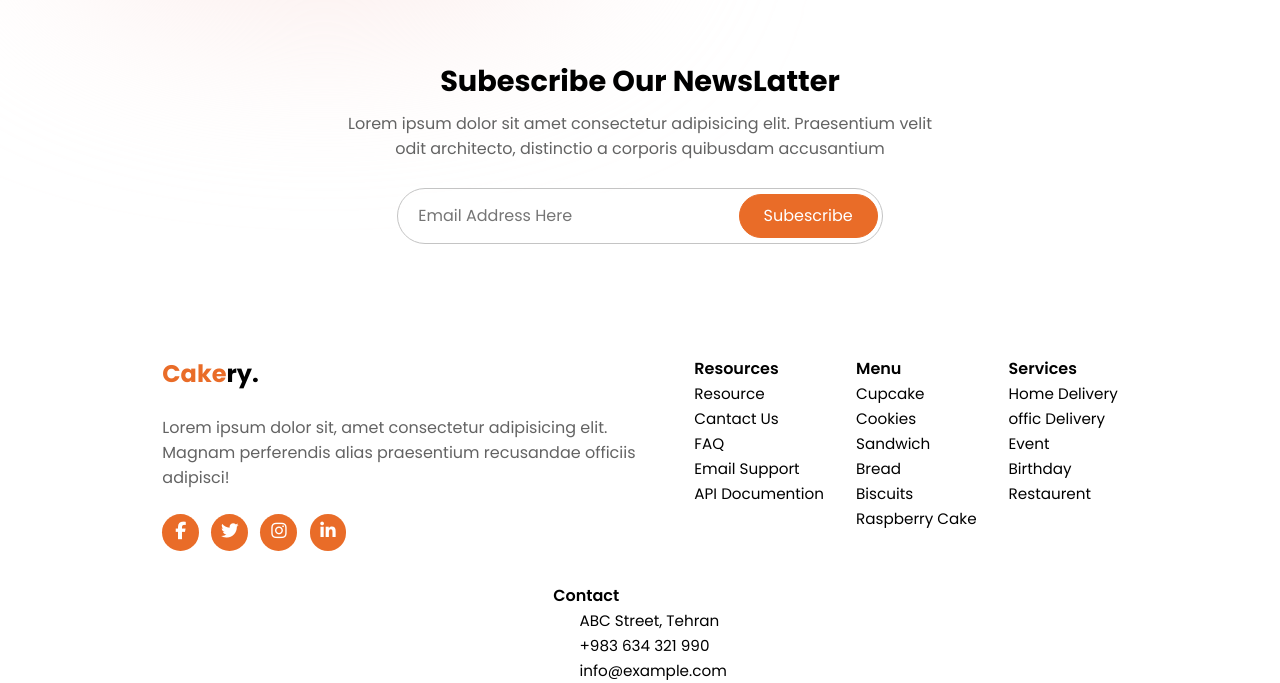
Repository: kingamirhosein100000-maker/cake.shop
Page: index.html
The author's editor kept a copy of each file at every save. The page is drawn from the files as they stood at one save, then again after the next save.
The browser window is 1280 px wide. The pictures show the part of the page from y = 4552 to 5235 px (the page is 5235 px tall).
A picture or video elsewhere on the page could not be fetched, so the positions and the page height are approximate. Some web libraries are served in a nearby version.

Above is the page before, as saved 2026-01-29 18:00:59.

### index.html
<!DOCTYPE html>
<html lang="en">

<head>
    <meta charset="UTF-8">
    <meta name="viewport" content="width=device-width, initial-scale=1.0">
    <title>Bakery Website</title>
    <link rel="stylesheet" href="style.css">
    <link rel="stylesheet" href="https://cdnjs.cloudflare.com/ajax/libs/font-awesome/7.0.1/css/all.min.css" integrity="sha512-2SwdPD6INVrV/lHTZbO2nodKhrnDdJK9/kg2XD1r9uGqPo1cUbujc+IYdlYdEErWNu69gVcYgdxlmVmzTWnetw==" crossorigin="anonymous" referrerpolicy="no-referrer"
    />
</head>

<body>
    <!-- Header Part -->
    <header>
        <nav class="navbar container">
            <div class="logo">
                <a class="logo-txt" href="#">
                        Cake<span>ry.</span>
                    </a>

            </div>
            <ul class="navlist">
                <li>
                    <a href="#" class="navlinks active">
                            Home
                        </a>
                </li>
                <li>
                    <a href="#" class="navlinks">
                            About
                        </a>
                </li>
                <li>
                    <a href="#" class="navlinks">
                            Menu
                        </a>
                </li>
                <li>
                    <a href="#" class="navlinks">
                            Restaurent
                        </a>
                </li>
                <li>
                    <a href="#" class="navlinks">
                            Order
                        </a>
                </li>
                <li>
                    <a href="#" class="navlinks">
                            Contact
                        </a>
                </li>

            </ul>
            <div class="nav-icons">
                <a href="#" class="icons-link">
                    <i class="fa-solid  fa-user"></i>
                </a>
                <a href="#" class="icons-link">
                    <i class="fa-solid fa-shopping-cart"></i>

                </a>
            </div>
            <div class="hamburger">
                <div class="burger"></div>
                <div class="burger"></div>
                <div class="burger"></div>
            </div>
        </nav>
    </header>
    <!-- Section Parts -->
    <main>

        <!-- /* hero-section */ -->

        <section class="hero-section container">
            <div class="content">
                <div class="whatch">
                    <a href="#" class="icons-link">
                        <i class="fa-solid fa-play"></i>
                    </a>
                    <h3>Watch Video</h3>
                </div>
                <h1>The Perfect Baked Cake Everyday!</h1>
                <p>Lorem ipsum dolor sit, amet consectetur adipisicing elit. Facere laborum quaerat beatae molestiae explicabo asperiores, fugit harum quibusdam sit nesciunt illo.</p>
                <div class="btn-continer">
                    <button>Read More</button>
                    <button data-type="borderd-btn">Order Now</button>
                </div>
            </div>
            <div class="img-conteiner">
                <img src="img/cake.png" alt="عکس کیک ">
            </div>
        </section>
        <!-- Store section -->
        <section class="other-section container">
            <div class="column-canteiner">
                <h2>Welcome To Our Store</h2>
                <p data-type="centerd-txt">Lorem ipsum dolor sit amet consectetur adipisicing elit. Necessitatibus sit earum porro at! Officia, repellat. Modi, tempore minima.</p>
                <div class="card-conteiner">
                    <div class="card" data-type="category">
                        <img src="img/pastery.png">
                        <h3>Cake</h3>
                    </div>
                    <div class="card" data-type="category">
                        <img src="img/sandwich.png">
                        <h3>Sandwich</h3>
                    </div>
                    <div class="card" data-type="category">
                        <img src="img/cookie.png">
                        <h3>Cookie</h3>
                    </div>
                    <div class="card" data-type="category">
                        <img src="img/bread.png">
                        <h3>Bread</h3>
                    </div>
                </div>
            </div>
            </div>
        </section>
        <!-- About section -->
        <section class="other-section container">
            <div class="row-container">
                <div class="image-container">
                    <img src="img/cupcake.jpg">
                </div>


                <div class="content">
                    <h2>About<br> Cakery Bakery</h2>
                    <p>Lorem ipsum dolor sit amet, consectetur adipisicing elit. Laboriosam, necessitatibus nisi nemo, libero molestiae quas quibusdam incidunt voluptate adipisci consequatur ducimus autem</p>
                    <p>Lorem ipsum dolor sit amet consectetur adipisicing elit. Amet quidem rerum maiores quae saepe</p>
                    <button>Read More</button>
                </div>
            </div>
        </section>
        <!-- Featured Food -->

        <section class="other-section container">
            <div class="column-canteiner">
                <h2>Our Featured</h2>
                <p data-type="centerd-txt">Lorem ipsum dolor sit amet consectetur adipisicing elit. Praesentium velit odit architecto, distinctio a corporis quibusdam accusantium tempora </p>



                <div class="card-conteiner">
                    <div class="card" data-type="item">
                        <div class="image-part">
                            <img src="img/birthday cake.jpg">
                        </div>
                        <div class="detail">
                            <h4>$10.00</h4>
                            <h4>Birthday cake</h4>
                        </div>
                    </div>
                    <div class="card" data-type="item">
                        <div class="image-part">
                            <img src="img/muffins.jpg">
                        </div>
                        <div class="detail">
                            <h4>$17.00</h4>
                            <h4>muffins</h4>
                        </div>
                    </div>
                    <div class="card" data-type="item">
                        <div class="image-part">
                            <img src="img/waffles.jpg">
                        </div>
                        <div class="detail">
                            <h4>$19.00</h4>
                            <h4>waffles</h4>
                        </div>
                    </div>
                    <div class="card" data-type="item">
                        <div class="image-part">
                            <img src="img/pancake.jpg">
                        </div>
                        <div class="detail">
                            <h4>$25.00</h4>
                            <h4>pancake</h4>
                        </div>
                    </div>

                </div>



                <div class="card-conteiner">
                    <div class="card" data-type="item">
                        <div class="image-part">
                            <img src="img/piece cake.jpg">
                        </div>
                        <div class="detail">
                            <h4>$18.00</h4>
                            <h4> detail</h4>
                        </div>
                    </div>
                    <div class="card" data-type="item">
                        <div class="image-part">

                            <img src="img/cookies.jpg">
                        </div>
                        <div class="detail">
                            <h4>$16.00</h4>
                            <h4>cookies</h4>
                        </div>
                    </div>
                    <div class="card" data-type="item">
                        <div class="image-part">
                            <img src="img/raspberry cake.jpg">
                        </div>
                        <div class="detail">
                            <h4>$67.00</h4>
                            <h4>raspberry cake</h4>
                        </div>
                    </div>
                    <div class="card" data-type="item">
                        <div class="image-part">
                            <img src="img/donut.jpg">
                        </div>
                        <div class="detail">
                            <h4>$90.00</h4>
                            <h4>donut</h4>
                        </div>
                    </div>
                </div>
            </div>
        </section>
        <!-- App section -->
        <section class="other-section container">
            <div class="row-container">
                <div class="content">
                    <h2>App Is Soon <br> On App Store</h2>
                    <p>Lorem ipsum dolor sit, amet consectetur adipisicing elit. Consequuntur omnis sequi in fugiat iusto laborum, delectus magnam eum! Aspernatur quaerat ex excepturi.</p>
                    <div class="app-img">
                        <img src="img/app store.png" alt="App Store">
                        <img class="qqqq" src="img/play store.png" alt="Google Play">
                    </div>


                </div>
                <div class="img-conteiner">
                    <img src="img/bakery app.png">
                </div>
            </div>
        </section>
        <!-- Best Food section -->
        <section class="other-seimction container">
            <div class="row-container">
                <div class="img-conteiner">
                    <img src="img/creamy pancake.png">
                </div>
                <div class="content">
                    <h2>Best Sell <br> In This Week!</h2>
                    <div class="rating">
                        <h4>$15.00</h4>
                        <img src="img/five star ok.png">
                    </div>
                    <p>Lorem ipsum dolor sit, amet consectetur adipisicing elit. Commodi, libero soluta! Quia nostrum unde corrupti ratione quibusdam dolores sed, voluptatum aliquid possimus!</p>
                    <p>Lorem ipsum dolor sit amet, consectetur adipisicing elit. Voluptate cum mollitia culpa ullam numquam.</p>
                    <button>Buy Now</button>


                </div>
            </div>
        </section>
        <!-- NewsLatter section -->
        <section class="other-section container">
            <div class="column-canteiner">
                <h2>Subescribe Our NewsLatter</h2>
                <p data-type="centerd-txt">Lorem ipsum dolor sit amet consectetur adipisicing elit. Praesentium velit odit architecto, distinctio a corporis quibusdam accusantium</p>

                <form class="form-canteiner">
                    <input type="email" name="email" id="email" autocomplete="off" placeholder="Email Address Here">
                    <input type="submit" value="Subescribe" class="form-btn">
                </form>
            </div>
        </section>
    </main>
    <!-- Footer Parts -->
    <footer>
<div class="column-canteiner container">
    <div class="card-conteiner">

    <div class="column">
        <div class="logo">
                            <a class="logo-txt" href="#">
                        Cake<span>ry.</span>
                    </a>
        </div>

        <p>Lorem ipsum dolor sit, amet consectetur adipisicing elit. Magnam perferendis alias praesentium recusandae officiis adipisci!</p>
        <div class="icons">
            <a href="#" class="icons-link">
                <i class="fa-brands fa-facebook-f"></i>
            </a>
            <a href="#" class="icons-link">
                <i class="fa-brands fa-twitter"></i>
            </a>
            <a href="#" class="icons-link">
                <i class="fa-brands fa-instagram"></i>
            </a>
            <a href="#" class="icons-link">
                <i class="fa-brands fa-linkedin-in"></i>
            </a>
        </div>
    </div>
    <div class="column">
<h4>Resources</h4>
<ul class="footer-list">
    <li>
        <a href="#" class="footer-links">Resource</a>
    </li>
    <li>
        <a href="#" class="footer-links">Cantact Us</a>
    </li>
    <li>
        <a href="#" class="footer-links">FAQ</a>
    </li>
    <li>
        <a href="#" class="footer-links">Email Support</a>
    </li>
    <li>
        <a href="#" class="footer-links">API Documention</a>
    </li>
</ul>
    </div>
    <div class="column">
        <h4>Menu</h4>
        <ul class="footer-list">
    <li>
        <a href="#" class="footer-links">Cupcake</a>
    </li>
    <li>
        <a href="#" class="footer-links">Cookies</a>
    </li>
    <li>
        <a href="#" class="footer-links">Sandwich</a>
    </li>
    <li>
        <a href="#" class="footer-links">Bread</a>
    </li>
    <li>
        <a href="#" class="footer-links">Biscuits</a>
    </li>
    <li>
        <a href="#" class="footer-links">Raspberry Cake</a>
    </li>
</ul>
    </div>
    <div class="column">
        <h4>Services</h4>
<ul class="footer-list">
    <li>
        <a href="#" class="footer-links">Home Delivery</a>
    </li>
    <li>
        <a href="#" class="footer-links">offic Delivery</a>
    </li>
    <li>
        <a href="#" class="footer-links">Event</a>
    </li>
    <li>
        <a href="#" class="footer-links">Birthday</a>
    </li>
    <li>
        <a href="#" class="footer-links">Restaurent</a>
    </li>
</ul>
    </div>
    <div class="column">
        <h4>Contact</h4>
        <ul class="footer-list">
    <li>
        <i class="fa-solid fa-location-dot"></i>
        <a href="#" class="footer-links">ABC Street, Tehran</a>
    </li>
    <li>
<i class="fa-solid fa-phone"></i>
        <a href="#" class="footer-links">+983 634 321 990</a>
    </li>
    <li>
        <i class="fa-solid fa-envelope"></i>
        <a href="#" class="footer-links">info@example.com</a>
    </li>

</ul>
    </div>
    </div>
</div>

    </footer>
    <script src=" main.js "></script>
</body>

</html>

### style.css
                    @import url('https://fonts.googleapis.com/css2?family=Open+Sans:ital,wght@0,300..800;1,300..800&family=Poppins:ital,wght@0,100;0,200;0,300;0,400;0,500;0,600;0,700;0,800;0,900;1,100;1,200;1,300;1,400;1,500;1,600;1,700;1,800;1,900&family=Roboto:ital,wght@0,100..900;1,100..900&display=swap');
                    * {
                        margin: 0;
                        padding: 0;
                        box-sizing: border-box;
                        font-family: "Poppins", sans-serif;
                    }

                     :root {
                        --orange-clr: #E96C28;
                        --white-clr: #FFF;
                        --black-clr: #000;
                        --gray-clr: #636363;
                        --light-clr: #C4C4C4;
                        --dawn-pink: #FAE7E5;
                        --frosted-mint: #DCFEF9;
                    }
                    /* Header Parts */

                    .logo-txt {
                        font-size: 1.5rem;
                        color: var(--orange-clr);
                        font-weight: bold;
                    }

                    a {
                        text-decoration: none;
                    }

                    span {
                        color: var(--black-clr);
                    }

                    .navlist {
                        display: flex;
                        align-items: center;
                        gap: 2rem;
                    }

                    li {
                        list-style: none;
                    }

                    .navlinks {
                        color: var(--black-clr);
                        font-weight: 500;
                    }

                    .active,
                    .navlinks:hover {
                        color: var(--orange-clr);
                        transition: 0.4s;
                    }



                    .icons-link {
                        background: var(--orange-clr);
                        width: 2.3rem;
                        aspect-ratio: 1;
                        border-radius: 50%;
                        margin-right: .5rem;
                        display: inline-block;
                        text-align: center;
                        line-height: 2.3rem;
                        transition: .3s ease-in-out;
                    }

                    .icons-link:hover {
                        transform: translateY(-10%);
                    }

                    .fa-solid,.fa-brands {
                        font-size: 1.1rem;
                        color: var(--white-clr);
                    }

                    header {
                        height: 13vh;

                    }

                    .navbar {
                        display: flex;
                        justify-content: space-between;
                        align-items: center;
                        height: 100%;

                    }

                    .container {
                        width: 80%;
                        margin: auto;
                    }

                    .hamburger {
                        cursor: pointer;
                        display: none;
                    }

                    .burger {
                        background: var(--black-clr);
                        width: 2.3rem;
                        height: .25rem;
                        margin: .3rem;
                        border-radius: 2rem;
                    }
                    /* Section Parts */
                    /* hero-section */

                    .hero-section {
                        height: calc(100vh - 13vh);
                        display: flex;
                        justify-content: space-between;
                        align-items: center;
                    }

                    .content {
                        flex: 1;
                    }

                    .img-conteiner {
                        flex: 1;
                        position: relative;
                    }

                    .img-conteiner::before {
                        content: '';
                        position: absolute;
                        top: 50%;
                        right: 0;
                        background: var(--dawn-pink);
                        width: 35rem;
                        height: 30vh;
                        border-radius: 50%;
                        z-index: -1;
                        filter: blur(100px);
                    }

                    img {
                        max-width: 100%;
                        height: auto;
                    }

                    h1 {
                        font-size: 3.5rem;
                        line-height: 4rem;
                        margin-top: 1rem;
                    }

                    .whatch {
                        display: flex;
                        align-items: center;
                        gap: .5rem;
                    }

                    p {
                        color: var(--gray-clr);
                        margin-block: 1.5rem;
                        max-width: 500px;
                    }

                    .btn-continer {
                        display: flex;
                        gap: 1.5rem;
                    }

                    button,
                    .form-btn {
                        background: var(--orange-clr);
                        color: var(--white-clr);
                        border: .1rem solid var(--orange-clr);
                        padding: .55rem 1.5rem;
                        border-radius: 5rem;
                        font-size: 1rem;
                    }

                    [data-type='borderd-btn'] {
                        background: transparent;
                        color: var(--orange-clr);
                    }
                    /* <!-- Store section --> */

                    .other-section {
                        padding-block: 5rem;
                    }

                    .row-conteiner {
                        display: flex;
                        flex-direction: row;
                        justify-content: center;
                        align-items: center;
                        gap: 5rem;
                    }

                    .column-canteiner {
                        display: flex;
                        flex-direction: column;
                        justify-content: center;
                        align-items: center;
                    }

                    h2 {
                        font-size: 1.8rem;
                    }

                    [ data-type="centerd-txt"] {
                        text-align: center;
                        max-width: 600px;
                        margin-block: .5em;
                    }

                    .card-conteiner {
                        display: flex;
                        justify-content: center;
                        flex-wrap: wrap;
                        gap: 2rem;
                        margin-top: 2rem;
                    }

                    .card {
                        width: 15rem;
                        text-align: center;
                        border-radius: 1rem;
                        box-shadow: rgba(0, 0, 0, 0.16) 0px 1px 4px;
                        transition: .2s ease-in-out;
                    }

                    .card:hover {
                        box-shadow: rgba(50, 50, 93, 0.25) 0px 13px 27px -5px, rgba(0, 0, 0, .3) 0px 8px 16px -8px;
                    }

                    .row-container {
                        display: flex;
                        flex-direction: row;
                        justify-content: space-between;
                        align-items: center;
                        gap: 4.5rem;
                    }
                    /* <!-- Featured Food --> */

                    h4 {
                        font-weight: 600;
                    }

                    [ data-type="category"] {
                        padding-block: 2.5rem;
                    }

                    [data-type="item"] {
                        padding-bottom: 1.5rem;
                        overflow: hidden;
                    }

                    .image-part img {
                        width: 100%;
                        height: 100%;
                        object-fit: cover;
                    }

                    .detail {
                        margin-top: 1rem;
                    }
                    /* <!-- App section --> */

                    .app-img {
                        display: flex;
                        gap: 1rem;
                        width: 100%;
                        height: 4rem;
                    }

                    .app-img img {
                        width: 180px;
                        /* هم‌سایز */
                        height: 55px;
                        object-fit: contain;
                        border-radius: 12px;
                        /* گوشه‌های گرد */
                        background: #000;
                        /* برای PNG شفاف */
                        padding: 6px 10px;
                        transition: all 0.3s ease;
                    }
                    /* افکت هاور */

                    .app-img img:hover {
                        transform: translateY(-3px);
                        box-shadow: 0 10px 25px rgba(0, 0, 0, 0.25);
                        cursor: pointer;
                    }
                    /* <!-- Best Food section --> */

                    .rating img {
                        width: 6rem;
                    }

                    .rating h4 {
                        color: var(--orange-clr);
                        font-size: 1.3rem;
                    }

                    .rating {
                        display: flex;
                        align-items: center;
                        gap: 2rem;
                        margin-top: 1rem;
                    }
                    /* <!-- NewsLatter section --> */

                    .form-canteiner {
                        margin-top: 1.2rem;
                        border: .02rem solid var(--light-clr);
                        height: 3.5rem;
                        border-radius: 5rem;
                        padding: .25rem;
                    }

                    input[type="email"] {
                        height: 100%;
                        border-radius: 5rem 0 0 5rem;
                        border: none;
                        font-size: 1rem;
                        padding-left: 1rem;
                    }

                    input:focus {
                        outline: none;
                    }
                    /* footer section */
                    .footer-links{
                        font-size: .95rem;
                        color: var(--black-clr-);
                    }

Loaded but not shown: main.js (13 lines, source omitted)

After the next save:
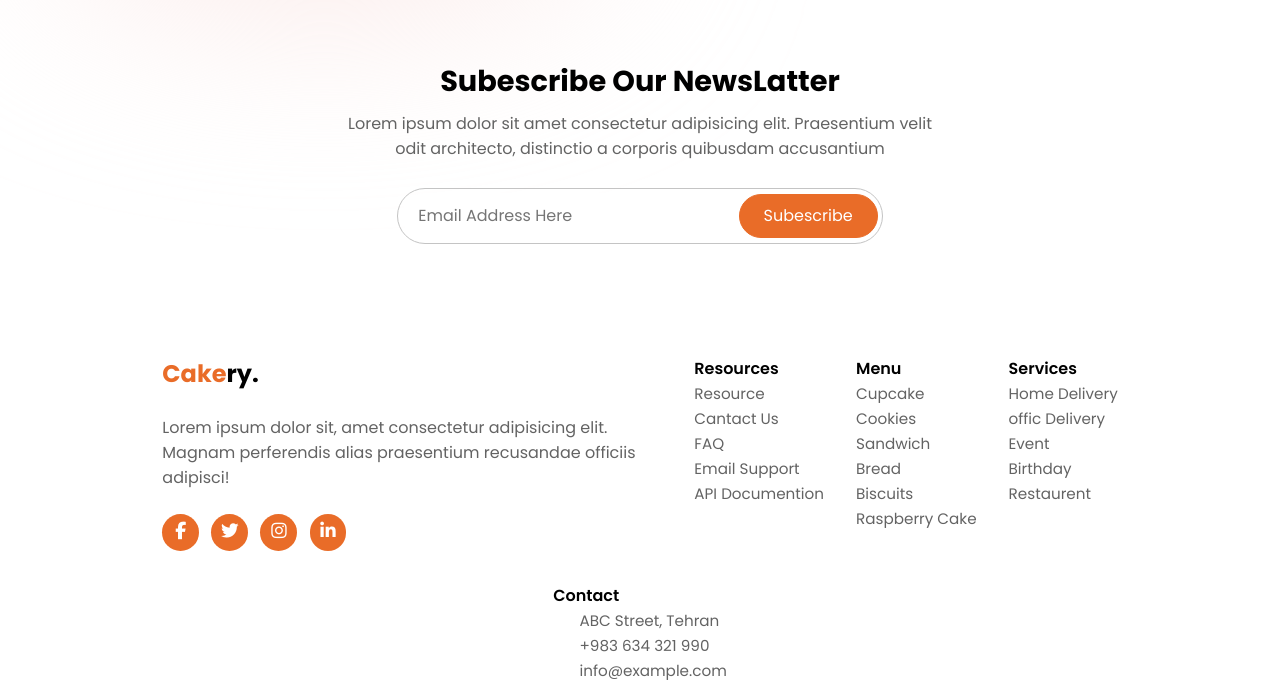
Saved 4 s later.
--- a/style.css
+++ b/style.css
@@ -330,5 +330,5 @@
                     /* footer section */
                     .footer-links{
                         font-size: .95rem;
-                        color: var(--black-clr-);
-                    }
+                        color: var(--gray-clr);
+                    }
